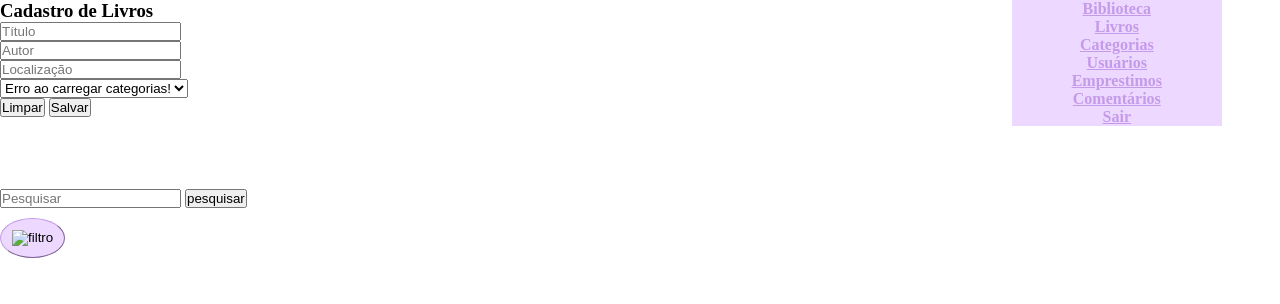
Repository: Matheus-Ghizoni/Rainbow-Library
Page: arcoiris/src/main/webapp/pages/admin/book.html
These files come from the project's save history. The page is drawn as it stood at one moment and after the next save; the edit follows.
The browser window is 1280 px wide. The pictures show the whole page.
The page's requests for data from a server got no answer.

Above is the page before, as saved 2023-12-05 16:27:04.
Console error: ReferenceError: jQuery is not defined
Not found: arcoiris/src/main/webapp/pages/imgs/filter.png

### arcoiris/src/main/webapp/pages/admin/book.html
<!DOCTYPE html>
<html lang="en">

<head>
	<meta charset="UTF-8">
	<meta name="viewport" content="width=device-width, initial-scale=1.0">
	<link rel="stylesheet" href="../../css/admin.css">
	<link rel="stylesheet" type="text/css" href="../../css/jquery-ui.css">
	<script src="../../js/book.js"></script>
	<script src="../../js/jquery-ui.js"></script>
	<script src="https://code.jquery.com/jquery-3.6.4.min.js"
		integrity="sha256-oP6HI9z1XaZNBrJURtCoUT5SUnxFr8s3BzRl+cbzUq8=" crossorigin="anonymous"></script>
	<title>Book</title>
</head>

<body>
	<!-- Menu -->
	<div class="menu">
		<div class="d-flex justify-content-center">
			<img class="menu-img" src="../../imgs/menu.png">
		</div>
	</div>
	<div class="modal-menu">
		<a href="library.html">Biblioteca</a> <br>
		<a href="book.html">Livros</a> <br>
		<a href="category.html">Categorias</a> <br>
		<a href="user.html">Usuários</a> <br>
		<a href="loan.html">Emprestimos</a> <br>
		<a href="comment.html">Comentários</a><br>
		<a href="../../index.html">Sair</a>
	</div>

	<!--	Modal Livros  -->
	<h3>Cadastro de Livros</h3>
	<form class="frmbook">
		<input type="text" placeholder="Título" id="inputBookTitle"><br>
		<input type="text" placeholder="Autor" id="inputBookAuthor"><br>
		<input type="text" placeholder="Localização" id="inputBookLocation"><br>
		<select name="type" id="inputBookCategory" onload="loadCategory()">
			<option value="">Categoria</option>
		</select><br>
		<button type="reset">Limpar</button>
		<button onclick="insertBook()">Salvar</button>
	</form>

	<br><br><br><br>

	<input type="text" placeholder="Pesquisar" id="navBook">
	<button onclick="getAllBooks()">pesquisar</button>
	<div id="listBooks"></div>

	<!-- Modal Edit Book -->
	<div id="modalEditBook" style="display: none">
		<form class="frmeditbook">
			<input type="text" placeholder="Código" id="inputEditCodeBook" disabled><br>
			<input type="text" placeholder="Título" id="inputEditTitleBook"><br>
			<input type="text" placeholder="Autor" id="inputEditAuthorBook"><br>
			<input type="text" placeholder="Localização" id="inputEditLocationBook"><br>
			<select name="type" id="inputEditCategoryBook" onload="loadCategory()">
				<option value="">Categoria</option>
			</select><br>
			<button type="reset">Cancelar</button>
			<button onclick="editBook()">Salvar</button>
		</form>
	</div>

	<!-- Filter -->
	<div class="col-sm-1 d-flex justify-content-center align-items-center">
		<button class="navbar-btn">
			<img class="navbar-img" src="../imgs/filter.png" alt="filtro">
		</button>
	</div>
	<div id="listCategorys"></div>

</body>

</html>

### arcoiris/src/main/webapp/css/admin.css
/* Reset */
* {
	padding: 0;
	margin: 0;
	box-sizing: border-box;
}

/* Menu */
.menu {
	position: absolute;
	top: 30px;
	right: 130px;
}

.menu-img {
	width: 70px;
	height: 70px;
}

/* Menu Modal*/
.modal-menu {
	background: #EDD9FF;
	display: block;
	position: fixed;
	align-items: center;
	text-align: center;
	right: 58px;
}

.modal-menu a {
	color: #C49AE9;
	font-weight: bold;
	margin: 60px;
}

.edit {
	width: 16px;
	height: 16px;
}




.navbar-books {
	background-color: #EDD9FF;
	padding: 10px 20px;
	border-style: solid;
	border-width: 1px;
	border-radius: 10px;
	border-color: #C49AE9;
	margin-top: 10px;
}

.navbar-btn {
	margin-top: 10px;
	padding: 2px;
	border-radius: 100%;
	background-color: #EDD9FF;
	border-color: #C49AE9;
	border-width: 1px;
	align-items: center;
}

.navbar-img {
	width: 20px;
	height: 20px;
	margin: 9px;
}

### arcoiris/src/main/webapp/js/book.js
document.addEventListener("DOMContentLoaded", function() {
	loadCategory();
	getAllBooks();
	getAllCategorys();
});

/*---------------------- REST BOOKS ----------------------*/
function loadCategory(id) {
	if (id != undefined) {
		select = "#inputEditCategoryBook";
	} else {
		select = "#inputBookCategory";
	}
	$.ajax({
		type: "GET",
		url: "/arcoiris/rest/category/getAllCategorys",
		success: function(data) {
			categorys = JSON.parse(data);
			if (categorys != "") {

				$(select).html("");
				var option = document.createElement("option");
				option.setAttribute("value", "");
				option.innerHTML = ("Selecione");
				$(select).append(option);

				for (var i = 0; i < categorys.length; i++) {
					if (categorys[i].status == 1) {
						var option = document.createElement("option");
						option.setAttribute("value", categorys[i].id);

						if ((id != undefined) && (id == categorys[i].id)) {
							option.setAttribute("selected", "selected");
						}
						option.innerHTML = (categorys[i].name);
						$(select).append(option);
					}
				}

			} else {

				$(select).html("");

				var option = document.createElement("option");
				option.setAttribute("value", "");
				option.innerHTML = ("Cadastre uma categoria primeiro!");
				$(select).append(option);
				$(select).addClass("aviso");

			}

		},
		error: function(info) {
			alert("Erro ao buscar as categorias: " + info.status + " - " + info.statusText);

			$(select).html("");
			var option = document.createElement("option");
			option.setAttribute("value", "");
			option.innerHTML = ("Erro ao carregar categorias!");
			$(select).append(option);
			$(select).addClass("aviso");
		}
	});
}

function insertBook() {
	const titleBook = document.getElementById("inputBookTitle");
	const authorBook = document.getElementById("inputBookAuthor");
	const locationBook = document.getElementById("inputBookLocation");
	const categoryBook = document.getElementById("inputBookCategory");

	const book = {
		title: titleBook.value,
		author: authorBook.value,
		location: locationBook.value,
		category: categoryBook.value
	};

	if ((book.title == "") || (book.author == "") || (book.location == "") || (book.category == "")) {
		alert("Preencha todos os campos!");
	} else {
		$.ajax({
			type: "POST",
			url: "/arcoiris/rest/book/insert",
			data: JSON.stringify(book),
			success: function(msg) {
				alert(msg);
				$("#frmbook").trigger("reset");
			},
			error: function(info) {
				alert("Erro ao cadastrar um novo livro: " + info.status + " - " + info.statusText);
			}
		});
	}
}

function getAllBooks() {
	const title = document.getElementById("navBook").value;
	$.ajax({
		type: "GET",
		url: "/arcoiris/rest/book/getAllBooks",
		data: "title=" + title,
		success: function(dados) {
			dados = JSON.parse(dados);
			$("#listBooks").html(displayBooks(dados));
		},
		error: function(info) {
			alert("Erro ao buscar livros: " + info.status + " - " + info.statusText);
		}
	})
}

function getAllBooksCategory(fkcategory) {
	const category = document.getElementById("filterCategory" + fkcategory);
	const isChecked = category.checked;
	if (!isChecked) {
		return getAllBooks();
	}
	$.ajax({
		type: "GET",
		url: "/arcoiris/rest/book/getAllBooksCategory",
		data: "fkcategory=" + fkcategory,
		success: function(dados) {
			dados = JSON.parse(dados);
			$("#listBooks").html(displayBooks(dados));
		},
		error: function(info) {
			alert("Erro ao buscar livros: " + info.status + " - " + info.statusText);
		}
	})
}

function displayBooks(listBooks) {
	let tableBooks = "<table>" +
		"<tr>" +
		"<th>Codigo</th>" +
		"<th>Título</th>" +
		"<th>Autor</th>" +
		"<th>Localização</th>" +
		"<th>Categoria</th>" +
		"<th>Status</th>" +
		"<th>Ações</th>" +
		"</tr>";

	if (listBooks != undefined && listBooks.length > 0) {

		for (var i = 0; i < listBooks.length; i++) {
			tableBooks += "<tr>" +
				"<td>" + listBooks[i].code + "</td>" +
				"<td>" + listBooks[i].title + "</td>" +
				"<td>" + listBooks[i].author + "</td>" +
				"<td>" + listBooks[i].location + "</td>" +
				"<td>" + listBooks[i].namecategory + "</td>" +
				"<td>";
			if (listBooks[i].status == 1) {
				tableBooks += "<label class='switch'>" +
					"<input onclick=\"inactivateBook(" + listBooks[i].code + ")\" id='statusBook' type='checkbox' checked>" +
					"<span class='slider round'></span>" +
					"</label>"
			} else {
				tableBooks += "<label class='switch'>" +
					"<input onclick=\"inactivateBook(" + listBooks[i].code + ")\" id='statusBook' type='checkbox'>" +
					"<span class='slider round'></span>" +
					"</label>"
			}
			tableBooks += "</td>" +
				"<td><button onclick='deleteBook(" + listBooks[i].code + ")'>Excluir</button>" +
				"<button onclick=\"getBookCode(" + listBooks[i].code + ")\">Editar</button></td>" +
				"</tr>"
		}

	} else if (listBooks == "") {
		tableBooks += "<tr><td colspan='6'>Nenhum registro encontrado</td></tr>";
	}
	tableBooks += "</table>";

	return tableBooks;
}

function getCategory(id) {
	$.ajax({
		type: "GET",
		url: "/arcoiris/rest/category/getCategory",
		data: "id=" + id,
		success: function(category) {
			return category
		},
		error: function(info) {
			alert("Erro ao buscar categoria: " + info.status + " - " + info.statusText);
		}
	})
}

function deleteBook(id) {
	$.ajax({
		type: "DELETE",
		url: "/arcoiris/rest/book/deleteBook/" + id,
		success: function(msg) {
			alert(msg);
		},
		error: function(info) {
			alert("Erro ao deletar livro: " + info.status + " - " + info.statusText);
		}
	})
}

function getAllCategorys() {
	$.ajax({
		type: "GET",
		url: "/arcoiris/rest/category/getAllCategorys",
		success: function(data) {
			dados = JSON.parse(data);
			$("#listCategorys").html(displayCategorys(dados));
		},
		error: function(info) {
			alert("Erro ao buscar categorias: " + info.status + " - " + info.statusText);
		}
	})
}

function displayCategorys(categorys) {
	let tableCategorys = "<table>"
	for (var i = 0; i < categorys.length; i++) {
		tableCategorys += "<tr>" +
			"<td>" +
			"<input type='checkbox' id='filterCategory" + categorys[i].id + "' onclick='getAllBooksCategory(" + categorys[i].id + ")'>" + categorys[i].name +
			"</td>";
	}
	tableCategorys += "</table>";

	return tableCategorys;
}

function getBookCode(code) {
	$.ajax({
		type: "GET",
		url: "/arcoiris/rest/book/getBookCode",
		data: "code=" + code,
		success: function(book) {
			const ModalEditBook = document.getElementById("modalEditBook");
			const inputEditCodeBook = document.getElementById("inputEditCodeBook");
			const inputEditTitleBook = document.getElementById("inputEditTitleBook");
			const inputEditAuthorBook = document.getElementById("inputEditAuthorBook");
			const inputEditLocationBook = document.getElementById("inputEditLocationBook");

			ModalEditBook.style.display = "block";

			inputEditCodeBook.value = book.code;
			inputEditTitleBook.value = book.title;
			inputEditAuthorBook.value = book.author;
			inputEditLocationBook.value = book.location;
			loadCategory(book.fkcategory);

		},
		error: function(info) {
			alert("Erro ao buscar livro: " + info.status + " - " + info.statusText);
		}
	})
}

function editBook() {

	let book = {
		code: document.getElementById("inputEditCodeBook").value,
		title: document.getElementById("inputEditTitleBook").value,
		author: document.getElementById("inputEditAuthorBook").value,
		location: document.getElementById("inputEditLocationBook").value,
		fkcategory: document.getElementById("inputEditCategoryBook").value
	}

	$.ajax({
		type: "PUT",
		url: "/arcoiris/rest/book/edit",
		data: JSON.stringify(book),
		success: function(msg) {
			alert(msg);
			ModalEditBook.style.display = "none";
		},
		error: function(info) {
			alert(info);
		}
	});
}

function inactivateBook(code) {
	console.log(code);
	$.ajax({
		type: "PUT",
		url: "/arcoiris/rest/book/inactivate/" + code,
		success: function(msg) {
			alert(msg);
		},
		error: function(info) {
			alert("Erro alterar status do livro: " + info.status + " - " + info.statusText);

		}
	});
}

Loaded but not shown: arcoiris/src/main/webapp/css/jquery-ui.css (library); arcoiris/src/main/webapp/js/jquery-ui.js (library)

After the next save:
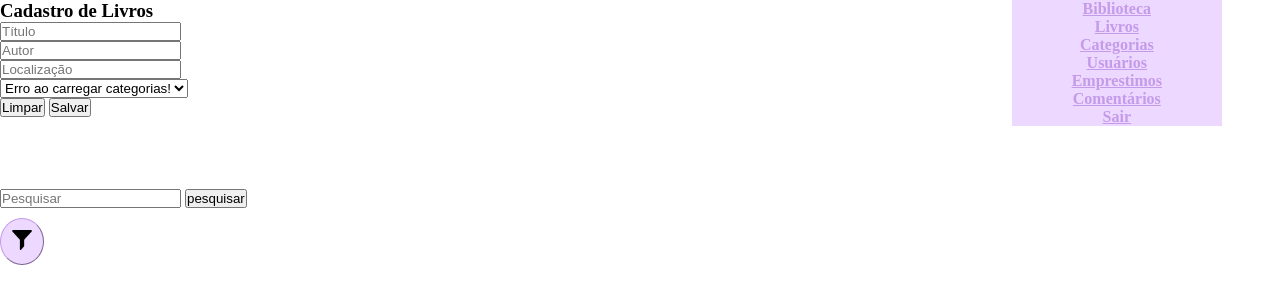
Saved 13 s later.
--- a/arcoiris/src/main/webapp/pages/admin/book.html
+++ b/arcoiris/src/main/webapp/pages/admin/book.html
@@ -67,7 +67,7 @@
 	<!-- Filter -->
 	<div class="col-sm-1 d-flex justify-content-center align-items-center">
 		<button class="navbar-btn">
-			<img class="navbar-img" src="../imgs/filter.png" alt="filtro">
+			<img class="navbar-img" src="../../imgs/filter.png" alt="filtro">
 		</button>
 	</div>
 	<div id="listCategorys"></div>
